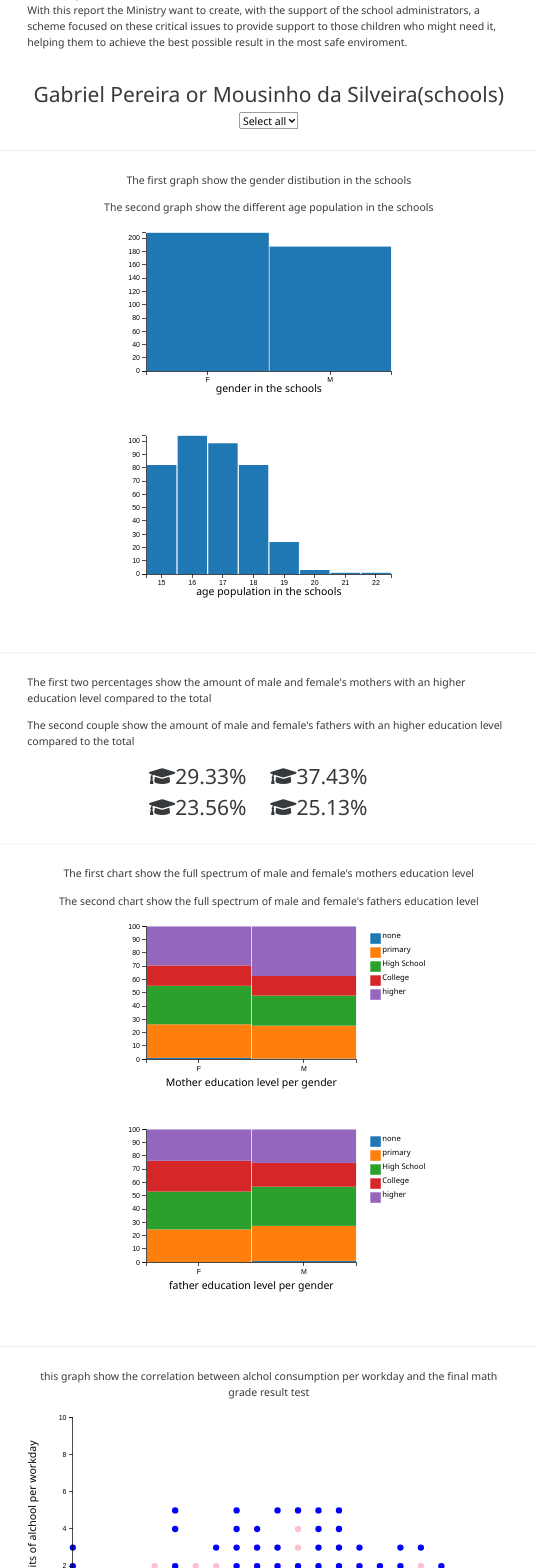
Repository: Baal89/second-milestone-project
Page: index.html
The author's editor kept a record of every edit. The page is drawn from the files as they stood at one moment, then again after the next edit.
The browser window is 768 px wide. The pictures show the part of the page from y = 346 to 2586 px (the page is 3192 px tall before and 3432 px after), at 70% of full size.
Some web libraries are served in a nearby version.

Above is the page before.

After the next edit:
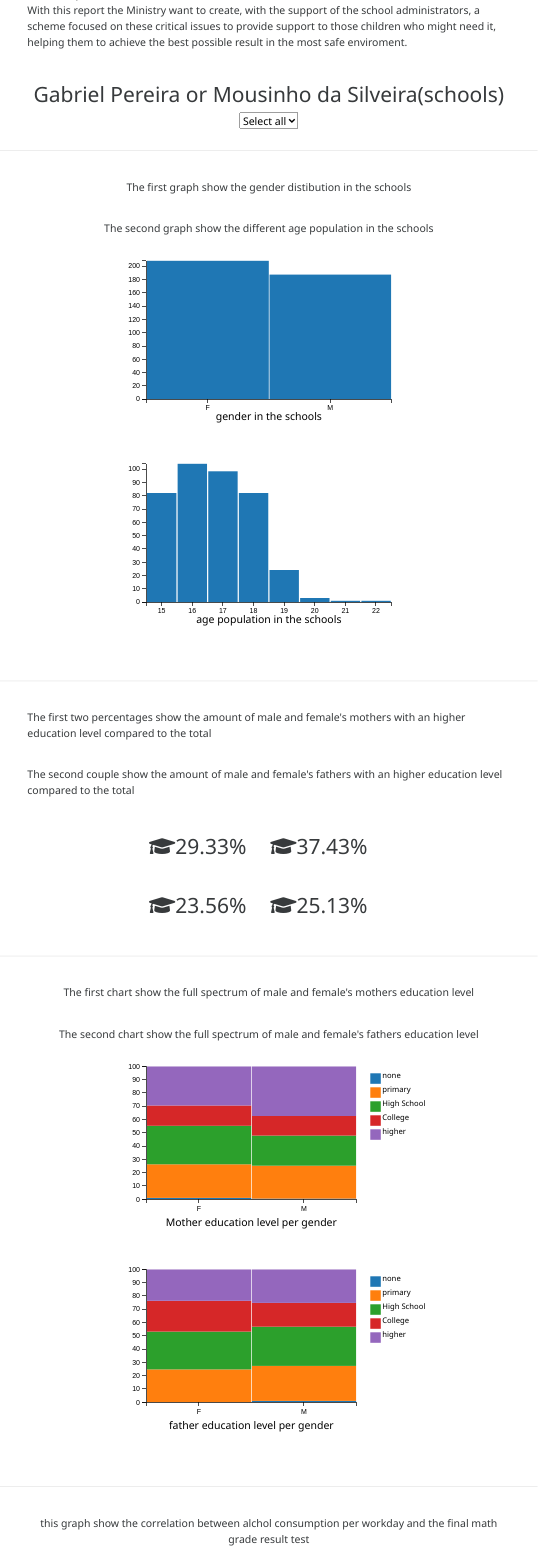
The edit:
--- a/static/css/style.css
+++ b/static/css/style.css
@@ -16,8 +16,10 @@
     margin-bottom: 40px;
 }
 
-@media only screen and (max-width: 768px) {
-    .custom-chart {
-        margin-bottom: 40px;
-    }
+.percentage {
+    padding: 20px;
 }
+
+.section-paragraph {
+    padding: 10px 0;
+}
